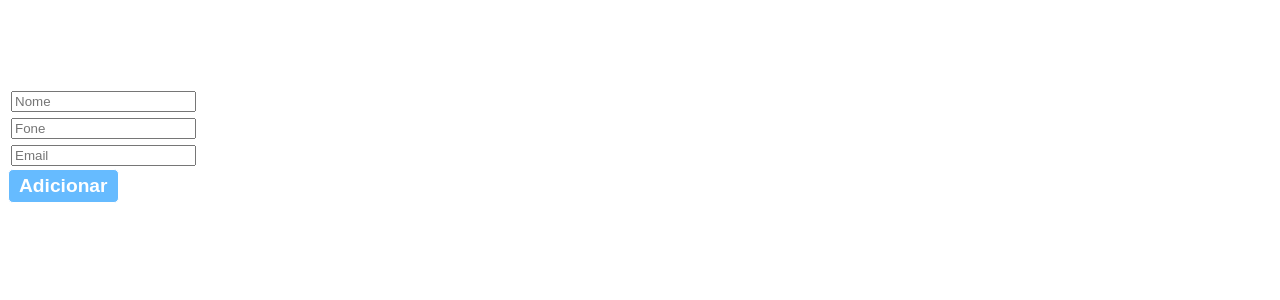
Repository: sergiotales1/agendactt-java
Page: http://localhost/agenda/novo.html
The author's editor kept a copy of each file at every save. The page is drawn from the files as they stood at one save, then again after the next save.
The browser window is 1280 px wide. The pictures show the whole page.
The page is served by Tomcat 9.

Above is the page before, as saved 2023-11-25 18:50:43.

After the next save:
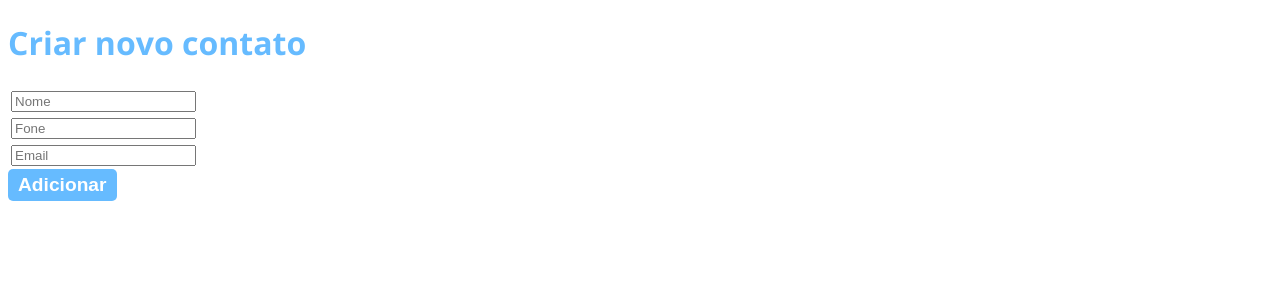
Saved 2 min 0 s later.
--- a/agenda/src/main/webapp/style.css
+++ b/agenda/src/main/webapp/style.css
@@ -8,7 +8,7 @@ body {
 }
 
 h1{
-	color: white;
+	color: #66bbff;
 }
 
 .Botao1{
@@ -21,5 +21,4 @@ h1{
 	border-radius: 5px;
 	border: none;
 	cursor: pointer;
-	border: 1px solid;
 }
